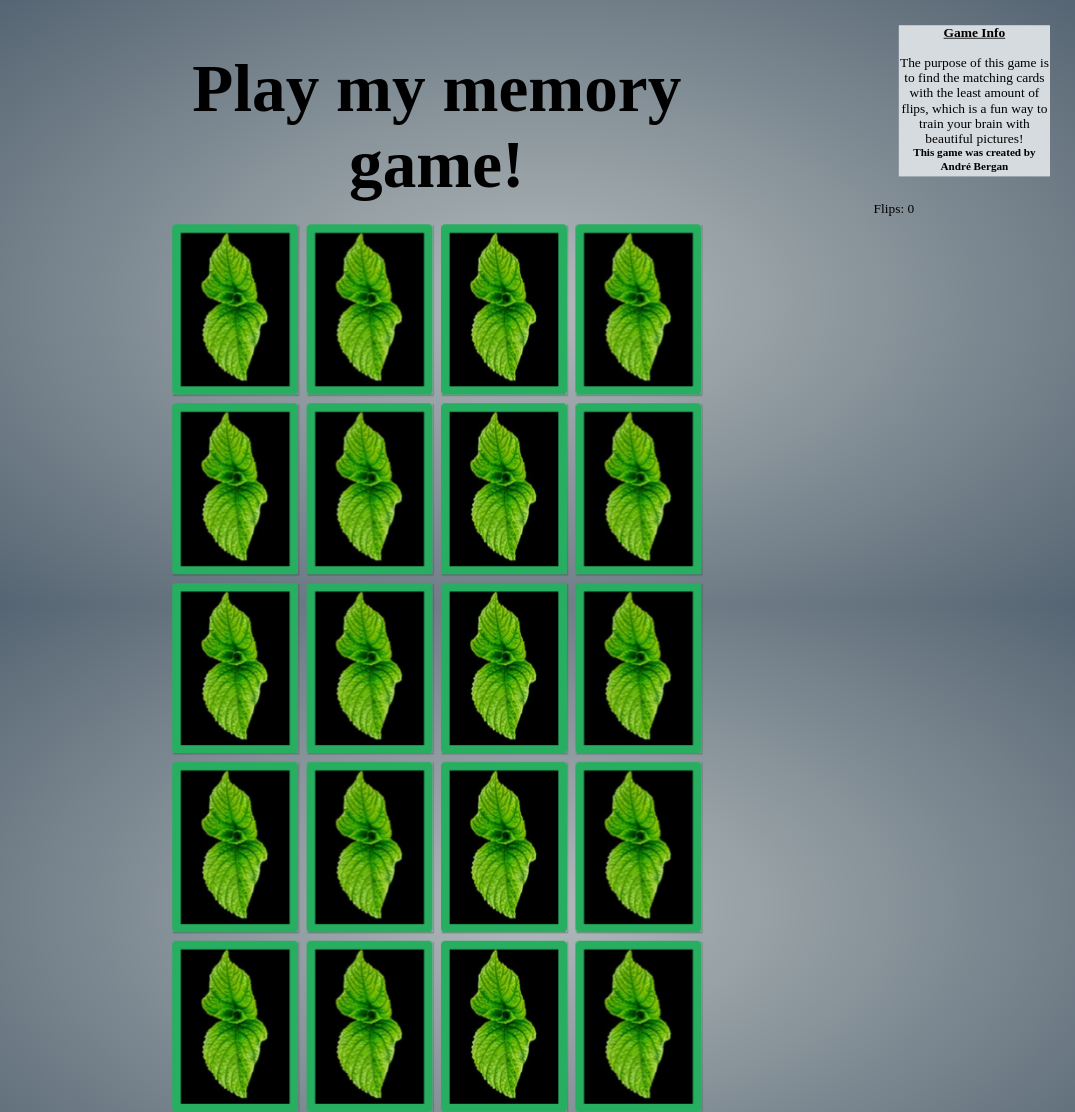
Repository: Code-Institute-Submissions/Milestone-Project-24
Page: index.html
The author's editor kept a record of every edit. The page is drawn from the files as they stood at one moment, then again after the next edit.
The browser window is 1280 px wide. The pictures show the whole page, at 84% of full size.

Above is the page before.

After the next edit:
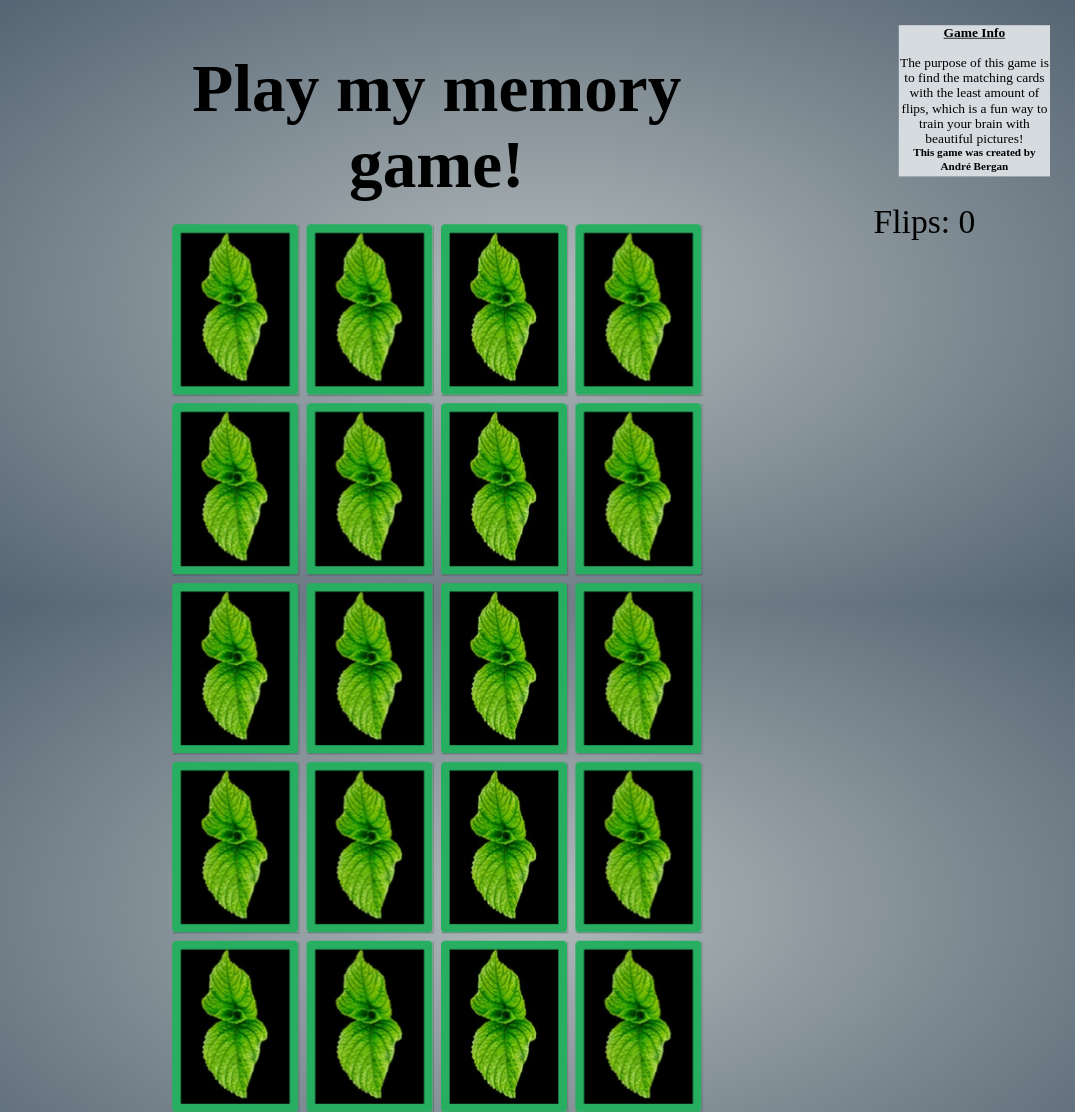
The edit:
--- a/assets/css/styles.css
+++ b/assets/css/styles.css
@@ -1,93 +1,99 @@
+/* Some general styling for the size and layout etc for my game */
 
-/* Some general styling for the size and layout etc for my game */
 * {
-  padding: 0;
-  margin: 0;
-  box-sizing: border-box;
+    padding: 0;
+    margin: 0;
+    box-sizing: border-box;
 }
 
 body {
-  height: 100vh;
-  display: flex;
-  background: radial-gradient(#b2babb  , #566573);
+    height: 100vh;
+    display: flex;
+    background: radial-gradient(#b2babb, #566573);
 }
 
 
 /* styling for my title! */
 
-
 .game-title {
     text-align: center;
-    padding:20px;
+    padding: 20px;
     font-size: 5em;
 }
 
 
 /* Layout of the game board */
 
-
 .game {
-  width: 640px;
-  height: 640px;
-  margin: auto;
-  display: flex;
-  flex-wrap: wrap;
-  perspective: 1000px;
+    width: 640px;
+    height: 640px;
+    margin: auto;
+    display: flex;
+    flex-wrap: wrap;
+    perspective: 1000px;
 }
 
 /* Some front and back styling for the memory cards! */
 
 .front-face,
 .back-face {
-  width: 100%;
-  height: 100%;
-  padding: 10px;
-  position: absolute;
-  border-radius: 5px;
-  background: #27ae60;
-  backface-visibility: hidden;
+    width: 100%;
+    height: 100%;
+    padding: 10px;
+    position: absolute;
+    border-radius: 5px;
+    background: #27ae60;
+    backface-visibility: hidden;
 }
 
 .front-face {
-  transform: rotateY(180deg);
+    transform: rotateY(180deg);
 }
 
 /* the memory cards */
 
 .memory-card {
-  width: calc(25% - 10px);
-  height: calc(33.333% - 10px);
-  margin: 5px;
-  box-shadow: 1px 1px 1px rgba(0,0,0,.3);
-  transform-style: preserve-3d;
-  transition: transform .5s;
-  position: relative;
-  transform: scale(1);
+    width: calc(25% - 10px);
+    height: calc(33.333% - 10px);
+    margin: 5px;
+    box-shadow: 1px 1px 1px rgba(0, 0, 0, .3);
+    transform-style: preserve-3d;
+    transition: transform .5s;
+    position: relative;
+    transform: scale(1);
 
 }
 
 .memory-card:active {
-  transform: scale(0.96);
-  transition: transform .2s;
+    transition: transform .2s;
+    transform: scale(0.96);
 }
 
 .memory-card.flip {
-  transform: rotateY(180deg);
+    transform: rotateY(180deg);
 }
 
 /* This is for my game description box */
+
 .container {
-    width:180px;
-    height:180px;
+    width: 180px;
+    height: 180px;
     background-color: #d6dbdf;
     margin: 30px;
     text-align: center;
 }
 
 .game-description {
-    margin:auto;
+    margin: auto;
 }
 
 .game-info {
     text-decoration: underline;
 }
+
+/* Flip count */
+
+.flips-container {
+    font-size: 2.5em;
+    position: fixed;
+}
